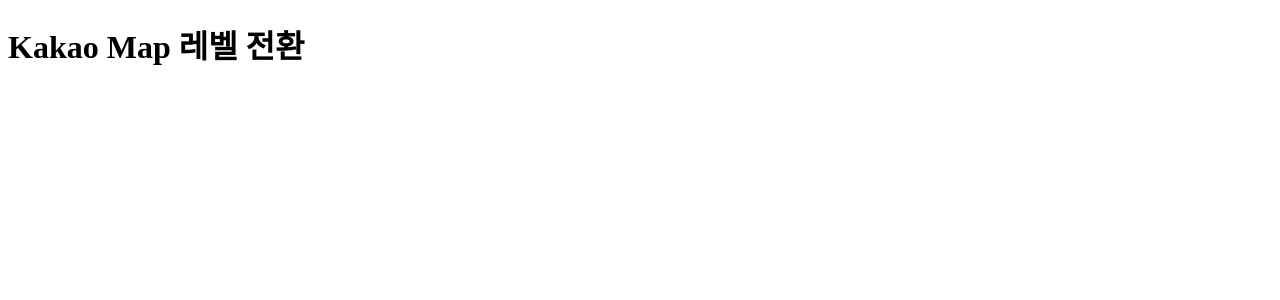
Repository: DongHyenYoo/DongHyen
Page: KakaoMapStudy/MapApp01/WebContent/MapTest005.html
These files come from the project's save history. The page is drawn as it stood at one moment and after the next save; the edit follows.
The browser window is 1280 px wide. The pictures show the whole page.

Above is the page before, as saved 2022-12-29 02:48:07.
Console error: ReferenceError: initialize is not defined

After the next save:
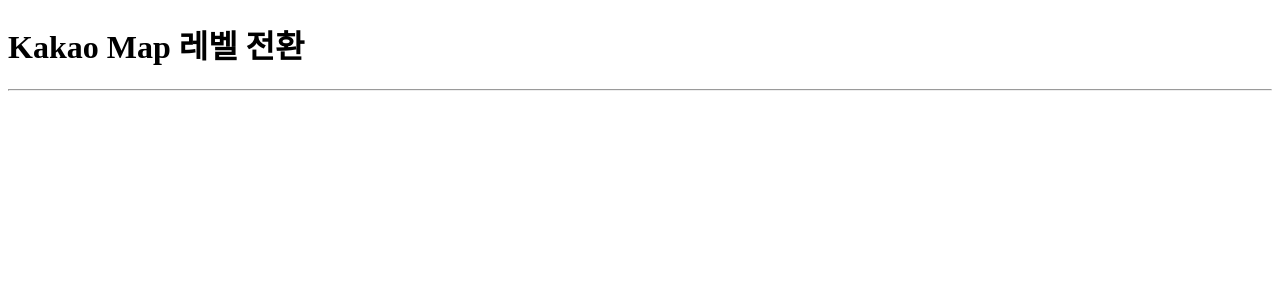
Saved 42 s later.
--- a/KakaoMapStudy/MapApp01/WebContent/MapTest005.html
+++ b/KakaoMapStudy/MapApp01/WebContent/MapTest005.html
@@ -17,7 +17,17 @@
 <div>
 
 	<h1>Kakao Map 레벨 전환</h1>
+	<hr />
 </div>
+
+
+<!-- 지도를 그릴 div 공간 확보(지정) -->
+<div id="map" style="width:100%; height:350px;"></div>
+<br>
+
+<!-- 지도의 레벨 출력 -->
+<span id="mapLevel"></span>
+
 
 </body>
 </html>
